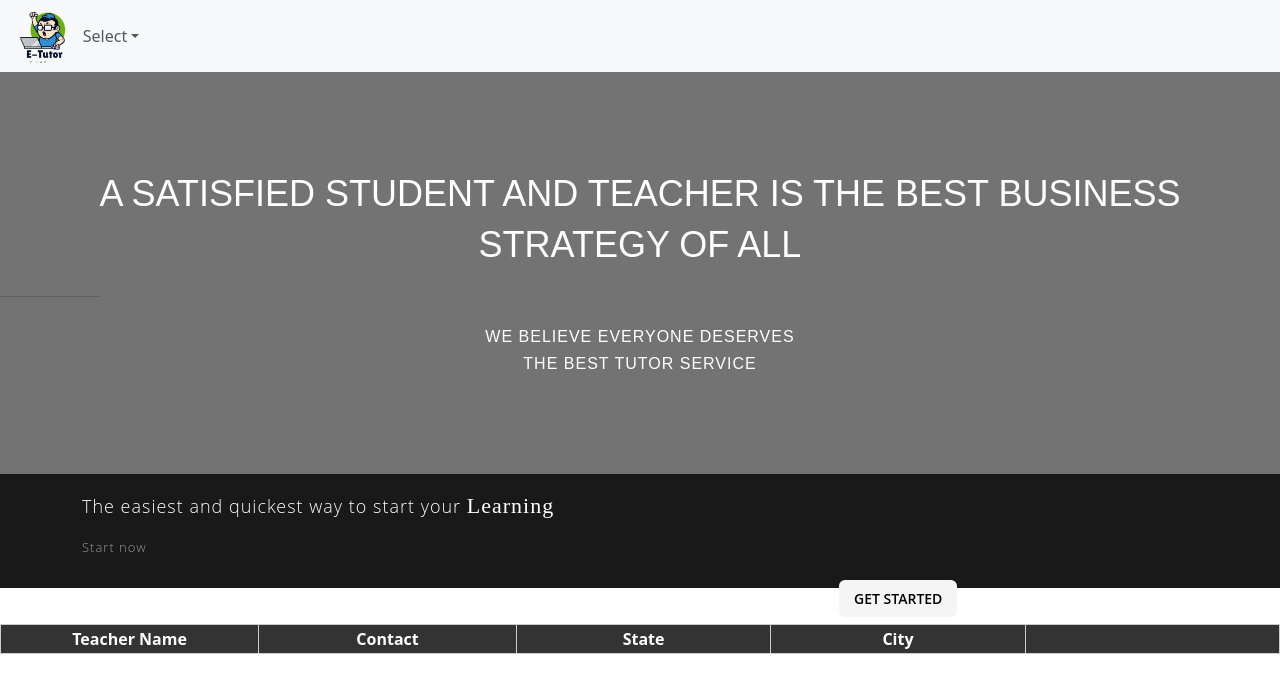
Repository: shailesh89-art/E-tutor-springboot-hibernate
Page: http://localhost/TUTOR_INVENTOR_1/pages/list_searching_tutor.jsp
An editor plug-in stored every save of this project. The page is shown before and after the next save, followed by the edit.
The browser window is 1280 px wide. The pictures show the whole page.
The page is served by Tomcat 9. Other server files are loaded and not shown. The template is opened directly, without the code that normally fills it, so the values that code supplies are empty.

Above is the page before, as saved 2023-05-03 14:56:37.

### TUTOR_INVENTOR_1/src/main/webapp/pages/list_searching_tutor.jsp
<%@ taglib uri="http://www.springframework.org/tags/form" prefix="form"%> <%@ taglib uri="http://java.sun.com/jsp/jstl/core" prefix="c"%>
<!doctype html>
<html lang="en">
  <head>
    <!-- Required meta tags -->
    <meta charset="utf-8">
    <meta name="viewport" content="width=device-width, initial-scale=1, shrink-to-fit=no">

    <!-- Bootstrap CSS -->
      <link href="https://cdn.jsdelivr.net/npm/bootstrap@5.3.0-alpha1/dist/css/bootstrap.min.css" rel="stylesheet" integrity="sha384-GLhlTQ8iRABdZLl6O3oVMWSktQOp6b7In1Zl3/Jr59b6EGGoI1aFkw7cmDA6j6gD" crossorigin="anonymous">
    <script src="https://cdn.jsdelivr.net/npm/bootstrap@5.3.0-alpha1/dist/js/bootstrap.bundle.min.js" integrity="sha384-w76AqPfDkMBDXo30jS1Sgez6pr3x5MlQ1ZAGC+nuZB+EYdgRZgiwxhTBTkF7CXvN" crossorigin="anonymous"></script>
    <link rel="stylesheet" href="https://cdnjs.cloudflare.com/ajax/libs/font-awesome/4.7.0/css/font-awesome.min.css">
      <title>Tutor Search List</title>
    <style>




     .banner {

            background-size: cover;
            background-repeat: no-repeat;
            background-position: center center;
            width: 100%;
            height: 100%;
              background-color: linear-gradient(to right, #2980b9, #2c3e50);
        }

        .banner .opacity_overlay {
            height: 100%;
            width: 100%;
            background: rgba(0, 0, 0, 0.55);
            padding-top: 100px;
        }

        .banner .opacity_overlay .info {
            text-align: center;
            font-family: 'Montserrat', sans-serif;
        }

        .banner .opacity_overlay .info h2 {
            color: #fff;
            text-transform: uppercase;
            font-size: 36px;
        }

        .banner .opacity_overlay .info hr {
            width: 100px;
            margin-top: 30px;
            margin-bottom: 30px;
        }

        .banner .opacity_overlay .info h3 {
            color: #fff;
            text-transform: uppercase;
            font-size: 16px;
            letter-spacing: 1px;
        }

        .banner .opacity_overlay .secondary_layer {
            background: #191919;
            margin-top: 100px;
            padding-top: 15px;
            padding-bottom: 15px;
            font-family: "Open Sans", Arial, sans-serif;
        }

        .banner .opacity_overlay .secondary_layer .msg {
            font-size: 18px;
            color: #fff;
            font-weight: 300;
            letter-spacing: 1px;
        }

        .banner .opacity_overlay .secondary_layer .msg span {
            font-family: "Shadows Into Light", cursive;
            font-size: 22px;
        }

        .banner .opacity_overlay .secondary_layer .quote {
            font-size: 13px;
            color: #999;
            font-weight: 300;
            letter-spacing: 1px;
        }

        .banner .opacity_overlay .secondary_layer .btn {
            text-decoration: none;
            color: #000;
        }

        .banner .opacity_overlay .secondary_layer .btn button {
            background: #F5F5F5;
            border: none;
            border-radius: 6px;
            padding: 8px 15px;
            text-transform: uppercase;
            font-weight: 600;
            font-size: 14px;
            outline: none;
            transition: background-color 0.2s ease;
        }

        .banner .opacity_overlay .secondary_layer .btn button:hover {
            background: #000;
            color: #fff;
        }

        /* Font size change on browser resize */

        @media screen and (max-width: 991px) {
        .banner .opacity_overlay .info h2 {
            font-size: 30px;
        }
        }

        @media screen and (max-width: 768px) {
        .banner .opacity_overlay .info h2 {
            font-size: 26px;
        }
        }

        @media screen and (max-width: 631px) {
        .banner .opacity_overlay .info h2 {
            font-size: 22px;
        }
        }

        @media screen and (max-width: 534px) {
        .banner .opacity_overlay .info h2 {
            font-size: 20px;
        }
        }

        @media screen and (max-width: 991px) {
        .banner .opacity_overlay .info h3 {
            font-size: 12px;
        }
        }

        @media screen and (max-width: 534px) {
        .banner .opacity_overlay .info h3 {
            font-size: 10px;
        }
        }

        @media screen and (max-width: 768px) {
        .banner .opacity_overlay .secondary_layer .msg {
            font-size: 16px;
        }
        }

        @media screen and (max-width: 534px) {
        .banner .opacity_overlay .secondary_layer .msg {
            font-size: 13px;
        }
        }

        @media screen and (max-width: 768px) {
        .banner .opacity_overlay .secondary_layer .msg span {
            font-size: 18px;
        }
        }

        @media screen and (max-width: 534px) {
        .banner .opacity_overlay .secondary_layer .msg span {
            font-size: 16px;
        }

        }
        }
        /*search button*/




        .advanced{

            text-decoration: none;
            font-size: 15px;
            font-weight: 500;
        }


        .btn-secondary,
        .btn-secondary:focus,
        .btn-secondary:active


         {
            color: #fff;
            background-color: #00838f !important;
            border-color: #00838f !important;
            box-shadow: none;
        }


        .advanced{

            color: #00838f !important;
        }




    /* for table csss*/
    table {
  width: 100%;
  border-collapse: collapse;
	}
	tr:nth-of-type(odd) {
  background: #eee;
}
th {
  background: #333;
  color: white;
  font-weight: bold;
}
#tb{

	background:white;
}
td, th {
width:5%;
  padding: 2px;
  border: 1px solid #ccc;
  text-align: center;
}
@media screen and (max-width: 600px) {
 table {
  width: 100%;
  border-collapse: collapse;
	}
	tr:nth-of-type(odd) {
  background: #eee;
}
th {
  background: #333;
  color: white;
  font-weight: bold;
}
#tb{

	background:white;
}
td, th {
width:5%;
  padding: 2px;
  border: 1px solid #ccc;
  text-align: center;
}
}







#logo{
        width: 5%;
      }
      @media only screen and (max-width:767px){


     #logo{
        width: 19%;
      }

}






/* general styling */


   }
    </style>
  </head>
  <body>
  <nav class="navbar navbar-expand-lg navbar-light bg-light">
        <div class="container-fluid">
         <img  id="logo" src="Assets/imgs/Screenshot_(160)-transformed (1)-fotor-bg-remover-20230423203452.png" alt="">
          <button class="navbar-toggler" type="button" data-bs-toggle="collapse" data-bs-target="#navbarColor03" aria-controls="navbarColor03" aria-expanded="false" aria-label="Toggle navigation">
            <span class="navbar-toggler-icon"></span>
          </button>
          <div class="collapse navbar-collapse" id="navbarColor03">
            <ul class="navbar-nav me-auto">

              <li class="nav-item dropdown">
                <a class="nav-link dropdown-toggle" data-bs-toggle="dropdown" href="#" role="button" aria-haspopup="true" aria-expanded="false">Select</a>
                <div class="dropdown-menu">
                  <a class="dropdown-item" href="ebook_list">Ebook</a>
                  <a class="dropdown-item" href="contact_form">Contact us</a>
                  <a class="dropdown-item" href="/parentlogout">Log Out</a>
                  </div>
              </li>

            </ul>
          </div>
        </div>
      </nav>
      <div class="banner">
    	<div class="opacity_overlay">
    		<div class="info">
    			<h2>A satisfied Student and Teacher is the best business</h2>
    			<h2>strategy of all</h2>
    			<hr>
    			<h3>We believe everyone deserves</h3>
    			<h3>The best tutor service</h3>
    		</div>

    		<div class="secondary_layer">
    			<div class="container">
    				<div class="col-md-8 col-sm-6">
    					<p class="msg">The easiest and quickest way to start your <span>Learning</span></p>
    					<p class="quote">Start now</p>
    				</div>
    				<div class="col-md-4 col-sm-6 pull-right">
    					<a href="#" class="btn" ><button type="submit">Get Started</button></a>

    				</div>
    			</div>
    		</div>

    	</div>
    </div>
   <div id="tb">
<table>
<tr>

<th style="column-width: 120px;">Teacher Name</th>
<th>Contact</th>
<th>State</th>
<th>City</th>
<th></th>
</tr>
<c:forEach  items="${list_searching_tutor}" var="e">
<tr>

<td>${e.fname} ${e.lname}</td>
<td>${e.contact}</td>
<td>${e.state}</td>
<td>${e.city}</td>
<td>
<a href="send_tutorrequest?id=${e.id}" class="btn btn-primary btn-mid"> Send Request</a></td>




</tr>
</c:forEach>
</table>
</div>

</body>

After the next save:
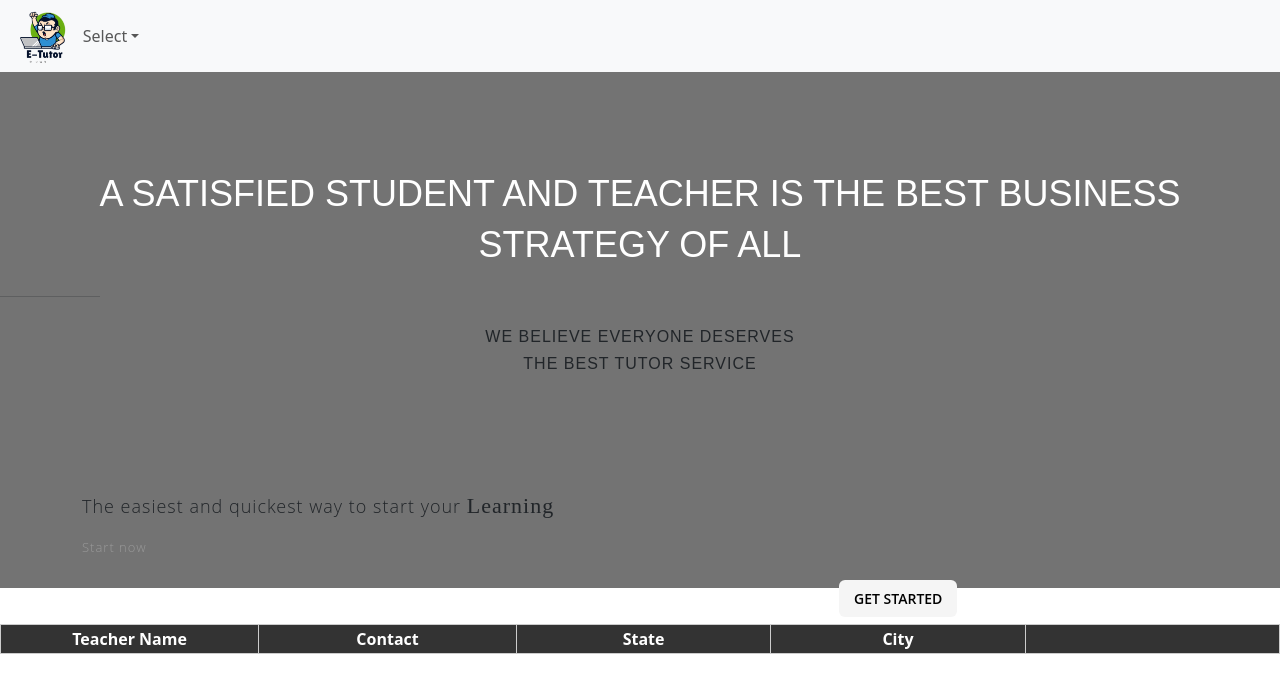
Saved 38 s later.
--- a/TUTOR_INVENTOR_1/src/main/webapp/pages/list_searching_tutor.jsp
+++ b/TUTOR_INVENTOR_1/src/main/webapp/pages/list_searching_tutor.jsp
@@ -51,14 +51,14 @@
         }
 
         .banner .opacity_overlay .info h3 {
-            color: #fff;
+
             text-transform: uppercase;
             font-size: 16px;
             letter-spacing: 1px;
         }
 
         .banner .opacity_overlay .secondary_layer {
-            background: #191919;
+
             margin-top: 100px;
             padding-top: 15px;
             padding-bottom: 15px;
@@ -67,7 +67,7 @@
 
         .banner .opacity_overlay .secondary_layer .msg {
             font-size: 18px;
-            color: #fff;
+
             font-weight: 300;
             letter-spacing: 1px;
         }
